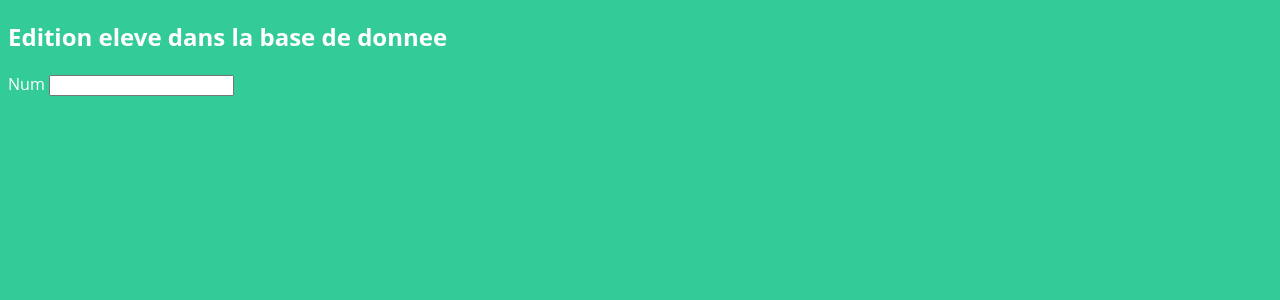
Repository: BlacKKalypso/jee-projet-workspace
Page: http://localhost/InterfaceEcole/views/eleves/edit.jsp
An editor plug-in stored every save of this project. The page is shown before and after the next save, followed by the edit.
The browser window is 1280 px wide. The pictures show the whole page.
The page is served by Tomcat 9.

Above is the page before, as saved 2019-04-07 15:08:50.

After the next save:
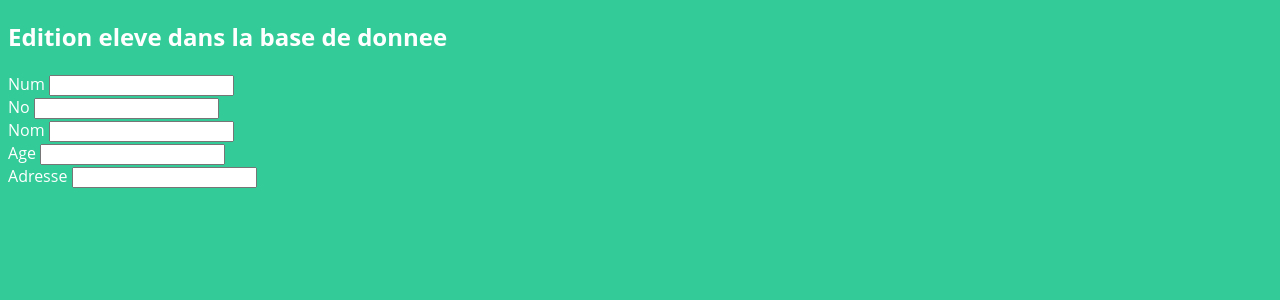
Saved 4 min 28 s later.
--- a/InterfaceEcole/WebContent/views/eleves/edit.jsp
+++ b/InterfaceEcole/WebContent/views/eleves/edit.jsp
@@ -21,5 +21,29 @@ body {
 <input type="text" name="num" id="num" value="" required/>
 </div>
 </form>
+<form method="post" action="" enctype="multipart/form-data">
+<div class="form-group">
+<label for="name">No</label>
+<input type="text" name="num" id="num" value="" required/>
+</div>
+</form>
+<form method="post" action="" enctype="multipart/form-data">
+<div class="form-group">
+<label for="name">Nom</label>
+<input type="text" name="num" id="num" value="" required/>
+</div>
+</form>
+<form method="post" action="" enctype="multipart/form-data">
+<div class="form-group">
+<label for="name">Age</label>
+<input type="text" name="num" id="num" value="" required/>
+</div>
+</form>
+<form method="post" action="" enctype="multipart/form-data">
+<div class="form-group">
+<label for="name">Adresse</label>
+<input type="text" name="num" id="num" value="" required/>
+</div>
+</form>
 </body>
 </html>
